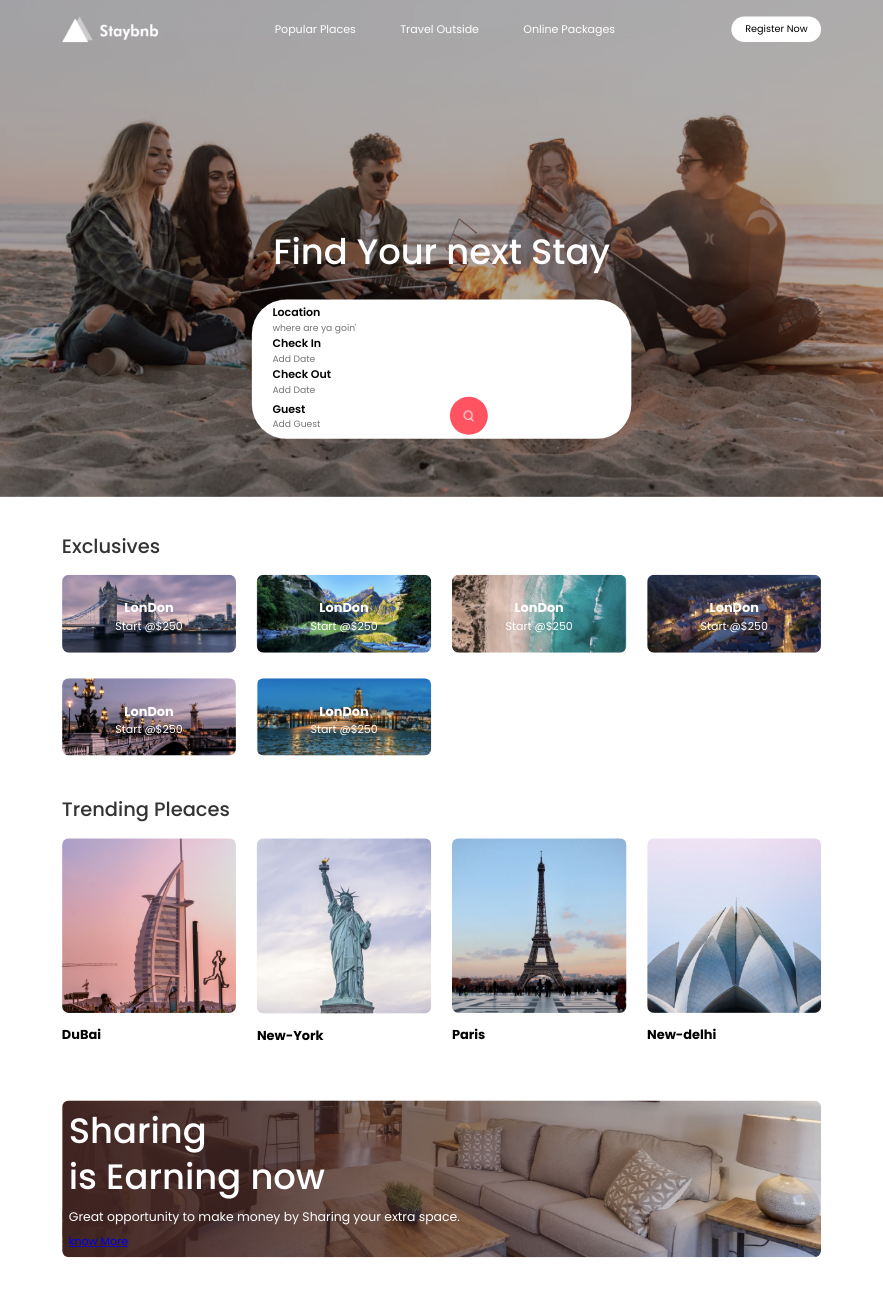
Repository: pinocoding/AirBnB
Page: house.html
The author's editor kept a copy of each file at every save. The page is drawn from the files as they stood at one save, then again after the next save.
The browser window is 1280 px wide. The pictures show the whole page, at 69% of full size.

Above is the page before, as saved 2022-01-23 15:54:31.

After the next save:
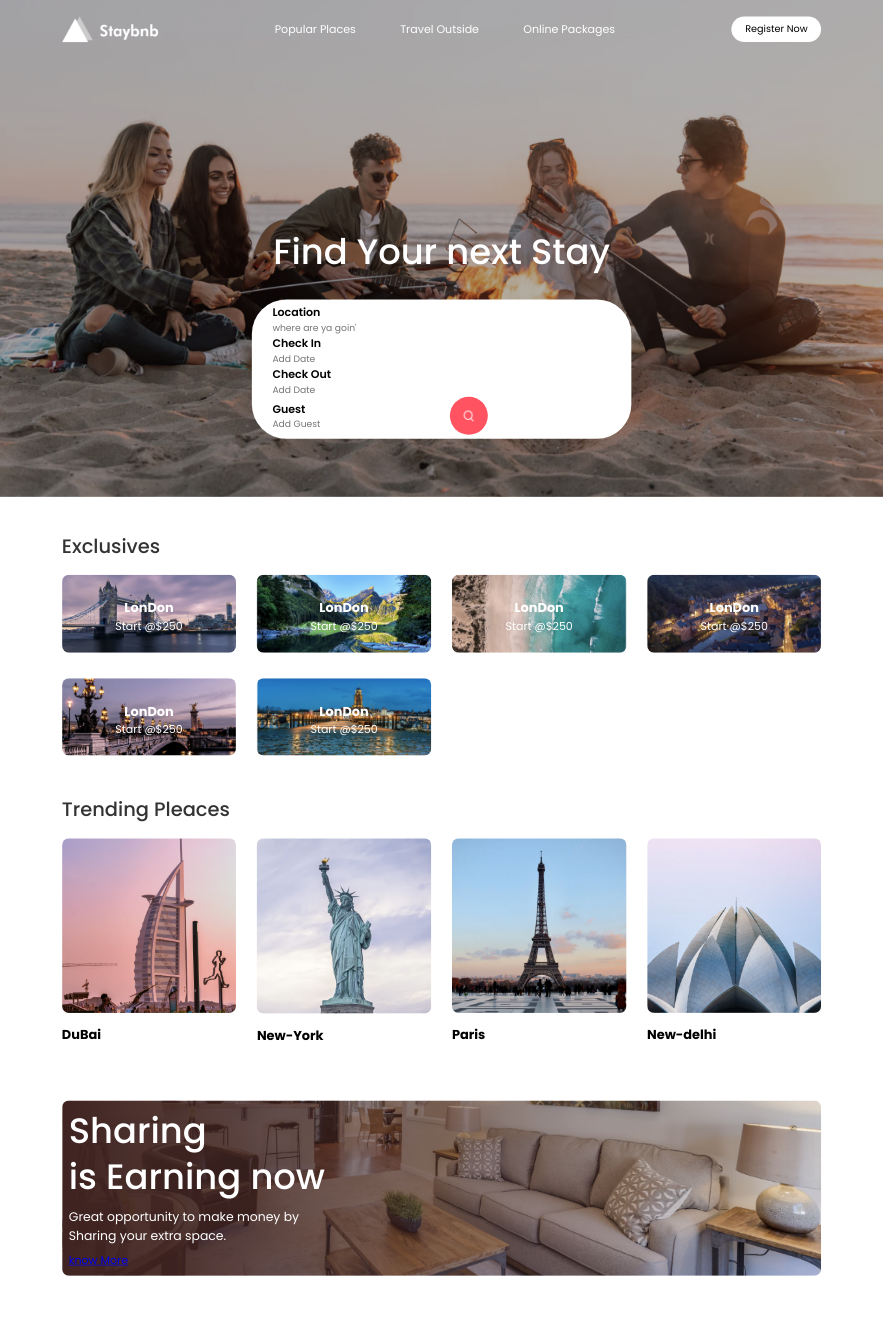
Saved 6 s later.
--- a/house.html
+++ b/house.html
@@ -148,7 +148,7 @@
     </div>
     <div class="cta">
       <h3>Sharing <br> is Earning now</h3>
-<p>Great opportunity to make money by Sharing your extra space.</p>
+<p>Great opportunity to make money by <br> Sharing your extra space.</p>
 <a href="#" class='cta-btn'>know More </a>
     </div>
 
